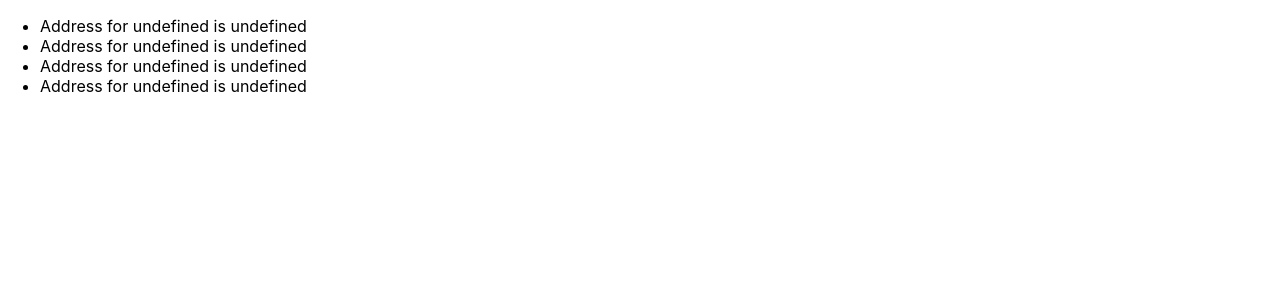
Repository: gopisanto/gms
Page: /address
These files come from the project's save history. The page is drawn as it stood at one moment and after the next save; the edit follows.
The browser window is 1280 px wide. The pictures show the whole page.
The project was rebuilt for these pictures with package versions that can differ from the ones it lists, and the page was loaded fresh each time. Also part of the build but not shown: src/When.js, src/Groceries_list.js, src/Row.js, src/Col.js, src/App.css, src/App.js.

Above is the page before, as saved 2020-02-17 13:50:25.

### src/index.js
import React from 'react';
import ReactDOM from 'react-dom';
import {
  BrowserRouter as Router,
  Switch,
  Route,
} from "react-router-dom";
import './index.css';
import App from './App';
import Address from './Address';
import * as serviceWorker from './serviceWorker';

ReactDOM.render(
    <Router>
        <Switch>
            <Route path="/" exact>
                <App />
            </Route>
            <Route path="/address" exact>
                <Address />
            </Route>
        </Switch>
    </Router>,
    document.getElementById('root')
);

// If you want your app to work offline and load faster, you can change
// unregister() to register() below. Note this comes with some pitfalls.
// Learn more about service workers: https://bit.ly/CRA-PWA
serviceWorker.unregister();

### src/Address.js
import React from 'react';
import { map } from 'lodash';
import addresses from './addresses.json';

const Address = () => {
    console.log(`addresses are ${JSON.stringify(addresses)}`);
    return (
        <ul>
            {map(addresses, address => (<li key={`${address.name}${address.address}`}>{`Address for ${address.name} is ${address.address}`}</li>))}
        </ul>
    );
}

export default Address;

### src/addresses.json
{
    "name": "Alok Bethel",
    "mobile": "+49 1523 3970215",
    "whatsapp": "+49 1523 3970215",
    "address": "Sewanstrasse 247, 10319, lichtenberg"
}

Loaded but not shown: public/index.html (common file); src/index.css (common file); src/serviceWorker.js (common file)

After the next save:
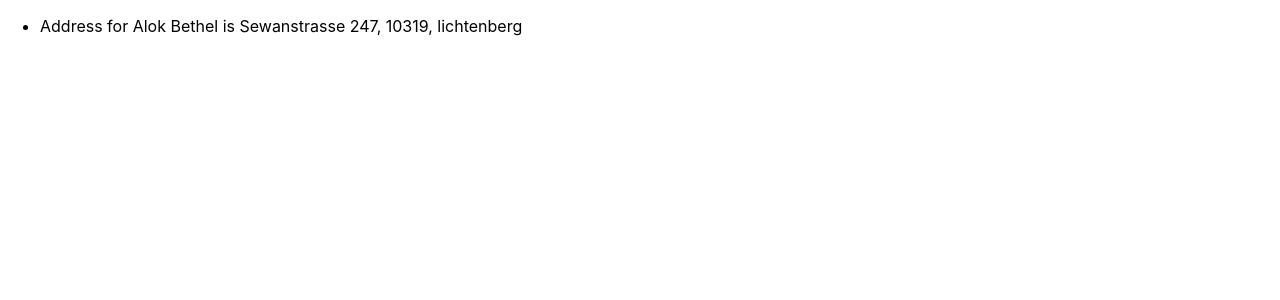
Saved 63 s later.
--- a/src/addresses.json
+++ b/src/addresses.json
@@ -1,6 +1,8 @@
-{
-    "name": "Alok Bethel",
-    "mobile": "+49 1523 3970215",
-    "whatsapp": "+49 1523 3970215",
-    "address": "Sewanstrasse 247, 10319, lichtenberg"
-}
+[
+    {
+        "name": "Alok Bethel",
+        "mobile": "+49 1523 3970215",
+        "whatsapp": "+49 1523 3970215",
+        "address": "Sewanstrasse 247, 10319, lichtenberg"
+    }
+]
